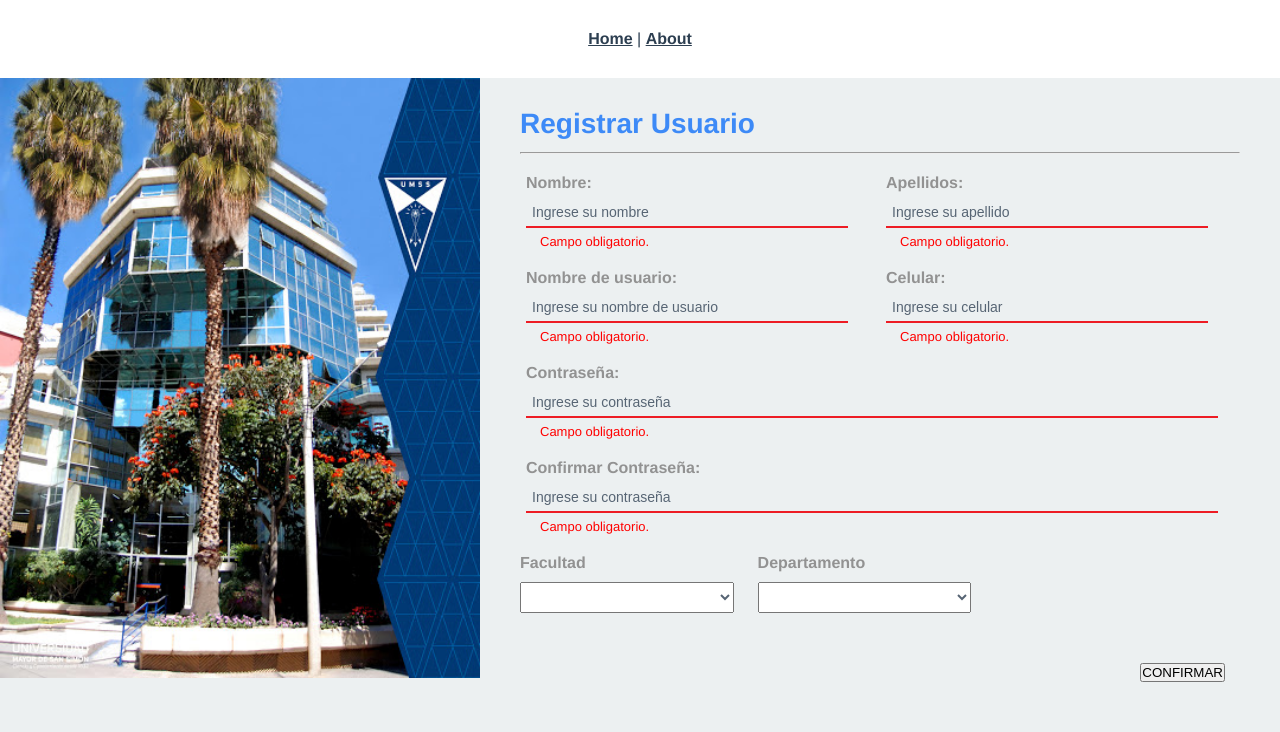
Repository: BritanyTorrico/front-cotizaciones
Page: /register
These files come from the project's save history. The page is drawn as it stood at one moment and after the next save; the edit follows.
The browser window is 1280 px wide. The pictures show the whole page.
The project was rebuilt for these pictures with package versions that can differ from the ones it lists, and the page was loaded fresh each time. Also part of the build but not shown: vue.config.js, src/components/HelloWorld.vue, src/views/Home.vue.

Above is the page before, as saved 2021-04-22 10:24:14.

After the next save:
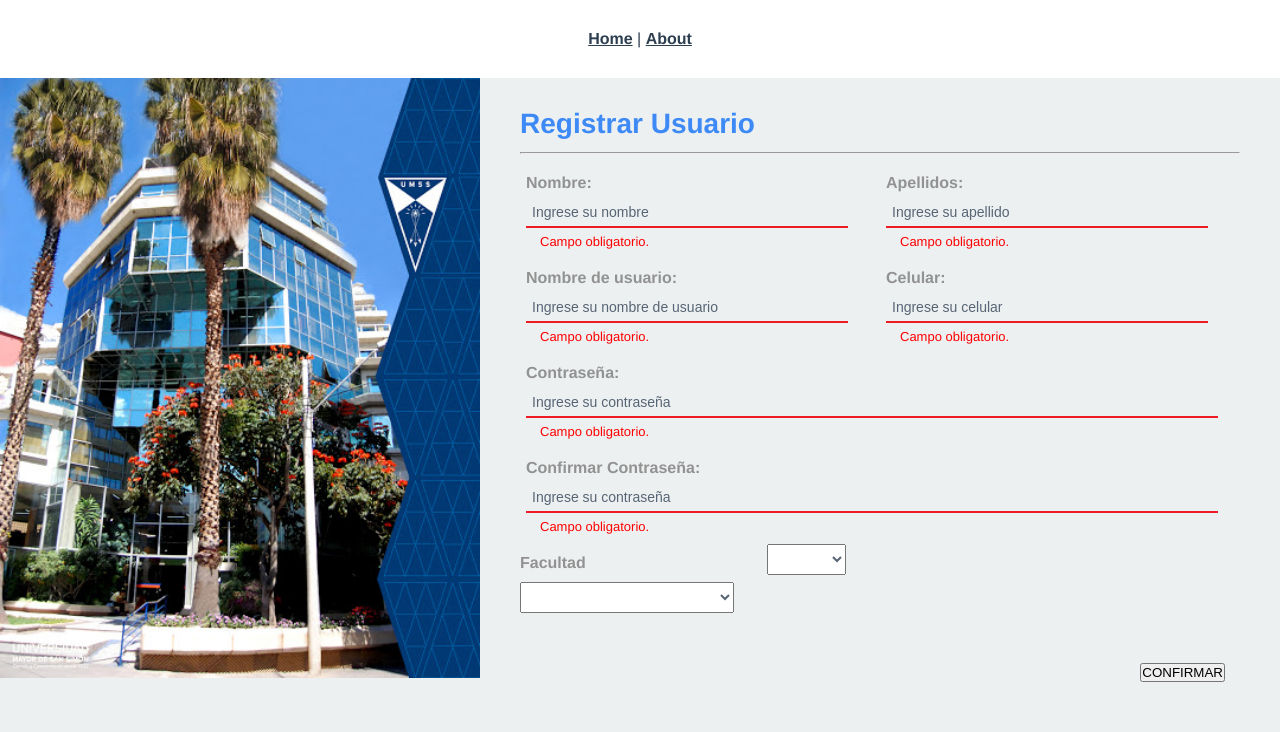
Saved 4 min 8 s later.
--- a/src/components/User/RegisterUser.vue
+++ b/src/components/User/RegisterUser.vue
@@ -142,18 +142,11 @@
                 >
               </select>
             </div>
-            <div class="container__base">
-              <div class="container__label">Departamento</div>
-              <select class="container__list" v-model="users.departamento">
-                <option
-                  class="container__list__option"
-                  v-for="(item, index) in listfacultad"
-                  :key="index"
-                  value="FACULTAD DE CIENCIAS Y TECNOLOGIA"
-                >
-                  {{ listfacultad[index] }}</option
-                >
-              </select>
+
+            <div>
+              <lista-desplegable
+                v-model="users.departamento"
+              ></lista-desplegable>
             </div>
           </div>
           <div class="boton">
@@ -167,7 +160,9 @@
 
 <script>
 import { required, maxLength } from "vuelidate/lib/validators";
+import ListaDesplegable from "./ListaDesplegable.vue";
 export default {
+  components: { ListaDesplegable },
   name: "RegisterUser",
   data() {
     return {
